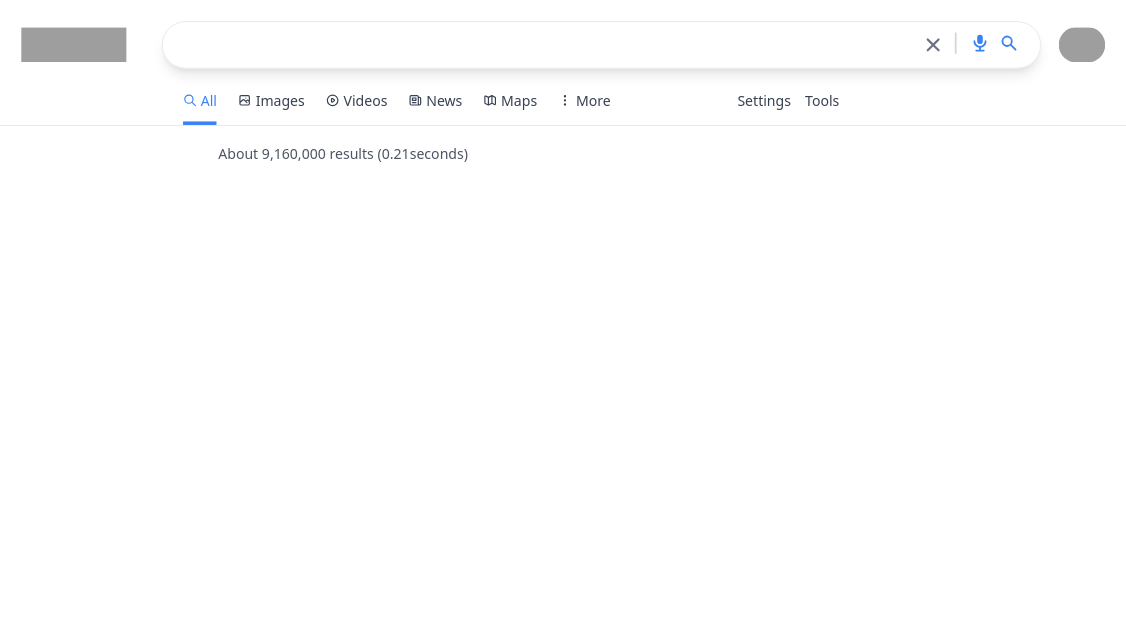
Repository: DecentraMindsCoin/google-search-clone
Page: /search
These files come from the project's save history. The page is drawn as it stood at one moment and after a run of saves; the edit follows.
The browser window is 1280 px wide. The pictures show the whole page, at 88% of full size.
Pictures or frames that could not be fetched are drawn as grey boxes. The project was rebuilt for these pictures with package versions that can differ from the ones it lists, and the page was loaded fresh each time. The framework's server and built-in components were replaced by stand-ins that run in the browser. Also part of the build but not shown: next.config.js, Response.js.

Above is the page before, as saved 2021-05-17 17:44:13.

### pages/search.js

import Head from 'next/head';
import Header from '../components/Header';
import { API_KEY, CONTEXT_KEY }  from '../keys';
import Response from "../Response";
import { useRouter } from "next/router";
import SearchResults from '../components/SearchResults';


function Search({ results }) {
    const router = useRouter();

        console.log(results);

    return (
        <div>
            <Head>
                <title>
                    {router.query.term} - Google Search
                </title>
                <link rel="icon" href=""/>
            </Head>
{/* Header */}

<Header />

{/* Search Results */}
<SearchResults results={results} />


        </div>
    )
}

export default Search;

export async function getServerSideProps(context) {

    const useDummyData = true;
    const startIndex = context.query.start || '0';

    const data = useDummyData ? Response : await fetch(`https://www.googleapis.com/customsearch/v1?key=${API_KEY}&cx=${CONTEXT_KEY}&q=${context.query.term}&start=${startIndex}`).then(response => response.json());

    // After the SERVER has rendered Pass the results to the client
    return {
        props: {
            results: data,
        }
        }
    }

### styles/globals.css
/* ./styles/globals.css */
@tailwind base;
@tailwind components;
@tailwind utilities;

@layer components {
  .btn {
    @apply bg-[#f8f9fa] p-3 rounded-md ring-gray-200 text-sm text-gray-800 hover:ring-1 focus:outline-none active:ring-gray-300 hover:shadow-md;
  }
.link {
  @apply hover:underline cursor-pointer;

  }
}

/* import from tailwind.css and delete preset css */
/* add with @apply to hover link as a modifier and cursor pointer */
/* add button btn custom gray and hover for btn className from feeling luck and Google search text */

### components/Header.js
import Image from 'next/image';
import { useRouter } from 'next/router';
import {useRef} from "react"
import { MicrophoneIcon, XIcon, SearchIcon } from '@heroicons/react/solid';
import Avatar from './Avatar';
import HeaderOptions from './HeaderOptions';


function Header() {
    const router = useRouter();
    const searchInputRef = useRef(null);

    const search = e => {
        e.preventDefault();
        const term = searchInputRef.current.value;


        if (!term) return;

        router.push(`./search?term=${term}`);
    }

    return (
        <header className="sticky top-0 bg-white">
            <div className="flex w-full p-6 items-center">
                <Image
            src='https://www.purepng.com/public/uploads/large/purepng.com-google-logo-2015brandlogobrand-logoiconssymbolslogosgoogle-6815229372333mqrr.png'
            height={40}
            width={120}
            onClick={() => router.push("/")}
            className="cursor-pointer" />
            <form className='px-6 py-3 ml-10 mr-5 flex-grow flex border border-gray-200 rounded-full shadow-lg '>
                <input ref={searchInputRef} type='text' className='flex-grow w-full focus:outline-none' type='text' />
                <XIcon className='h-7 sm:mr-3 text-gray-500 cursor-pointer transition duration-100 transform hover:scale-125'
                onClick={() =>(searchInputRef.current.value = "")}/>
                <MicrophoneIcon className='mr-3 h-6 hidden sm:inline-flex text-blue-500 border-l-2 pl-4 border-gray-300' />
                <SearchIcon className='h-6 text-blue-500 hidden sm:inline-flex'/>
                <button hidden type="submit" onClick={search}>Search</button>
            </form>
            <Avatar className='ml-auto 'url='https://coaching.papareact.com/ai9'/>
            </div>

            {/* Header Options Component */}
            <HeaderOptions />

        </header>
    )
}

export default Header

### keys.js
// Api kWZrnVM42QCiEA2Ig1bG8zjoIMOgxWwYCEeNdwY6Tv
export const API_KEY = 'AIzaSyA7YUDNBCQATijP9l34hGIXqMewhriENoQ'
// Context Key - https://cse.google.com/create/new
export const CONTEXT_KEY = '755fce7d6fc28a46b'

### components/SearchResults.js
function SearchResults({ results}) {
    return (
        <div className="mx-auto w-full px-3 sm:pl-[5%] md:pl[%14] lg:pl-52">
            <p className="text-gray-600 text-md ml-10 mb-5 mt-5">About {results.searchInformation?.formattedTotalResults} results ({results.searchInformation?.formattedSearchTime}seconds) </p>
       {results.items?.map((result) => (
           <div key={result.link} className="max-w-xl mb-8">
               <div></div>
               <p></p>
           </div>

       ))}
        </div>
    )
}

export default SearchResults

### components/Avatar.js
function Avatar({url, className }) {
    return (<img loading="lazy"
    className={`h-10 rounded-full cursor-pointer transition duration-150 transform hover:scale-110 ${className}`}
    src={url} alt="Profile Pic" />
    );
}

export default Avatar

### components/HeaderOptions.js
import HeaderOption from "./HeaderOption";
import {

    DotsVerticalIcon, MapIcon, NewspaperIcon, PhotographIcon, PlayIcon, SearchIcon,
} from "@heroicons/react/outline"


function HeaderOptions() {
    return (
        <div className="flex w-full text-gray-700 justify-evenly text-sm lg:text-base lg:justify-start lg:space-x-36 lg:pl-52 border-b">
            {/* left */}
           <div className="flex space-x-6">
               <HeaderOption Icon={SearchIcon}  title="All" selected/>
               <HeaderOption Icon={PhotographIcon} title="Images" />
               <HeaderOption Icon={PlayIcon} title="Videos" />
               <HeaderOption Icon={NewspaperIcon} title="News" />
               <HeaderOption Icon={MapIcon} title="Maps" />
               <HeaderOption Icon={DotsVerticalIcon} title="More" />

           </div>
                {/* right */}
            <div className="flex space-x-4">
                <p className="link">Settings</p>
                <p className="link">Tools</p>
            </div>
        </div>
    )
}

export default HeaderOptions

### components/HeaderOption.js
function HeaderOption({ Icon, title, selected}) {
    return (
        <div className={`flex items-center space-x-1 border-b-4 border-transparent hover:text-blue-500 hover:border-blue-500 pb-3 cursor-pointer ${selected && "text-blue-500 border-blue-500"}`}>
            <Icon className="h-4" />
            <p className="hidden sm:inline-flex">{title}</p>
        </div>
    )
}

export default HeaderOption

### tailwind.config.js
module.exports = {
  mode:'jit',
  purge: ['./pages/**/*.{js,ts,jsx,tsx}', './components/**/*.{js,ts,jsx,tsx}'],
  darkMode: false, // or 'media' or 'class'
  theme: {
    extend: {},
  },
  variants: {
    extend: {},
  },
  plugins: [],
}


//insert purge and mode: jit from tailwind.css

Loaded but not shown: pages/_app.js (common file)

After the next 2 saves:
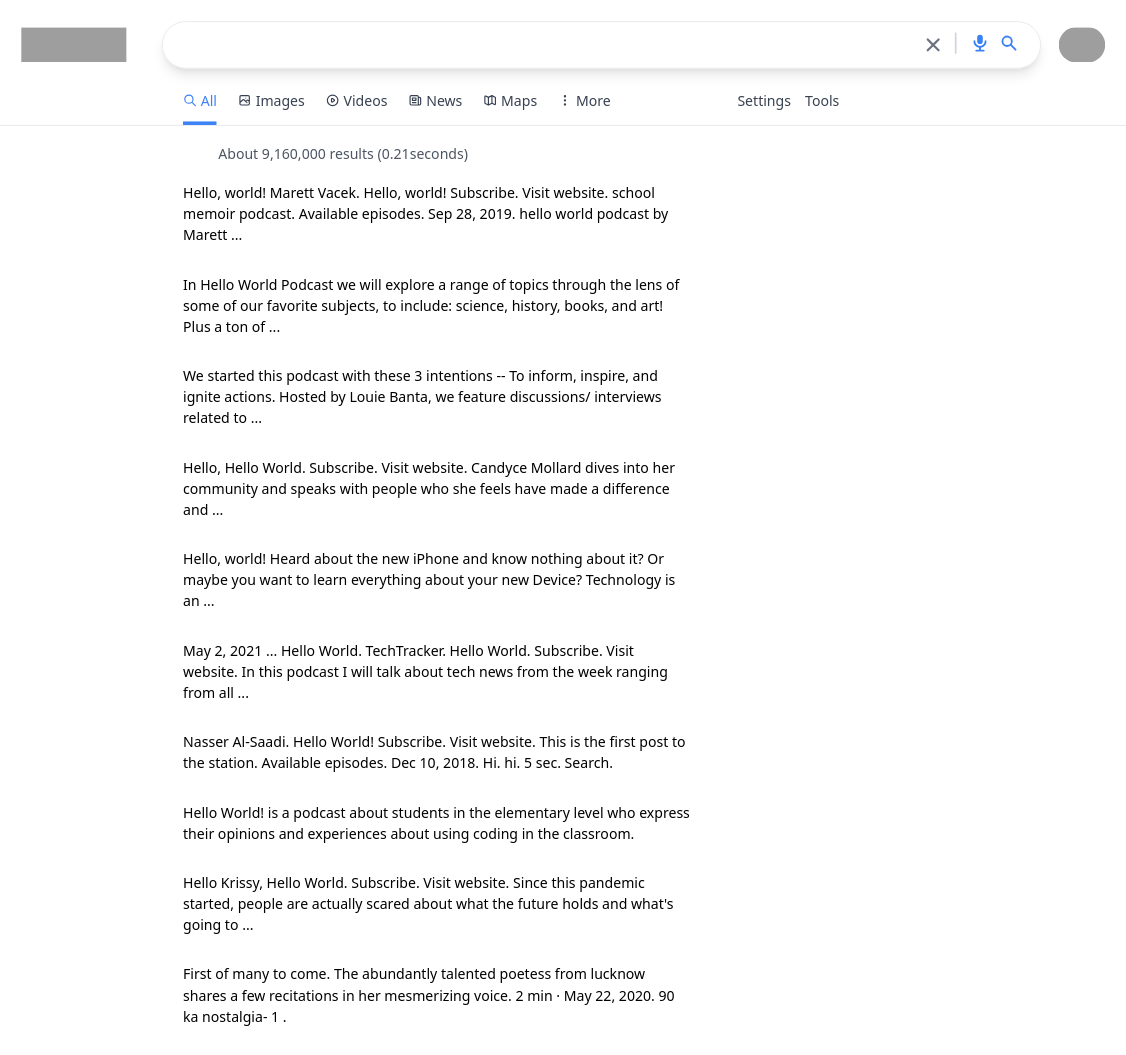
The 2 saves are shown as one change because 1 did not build or start.
The last was saved 43 s later.
--- a/components/SearchResults.js
+++ b/components/SearchResults.js
@@ -5,7 +5,7 @@
        {results.items?.map((result) => (
            <div key={result.link} className="max-w-xl mb-8">
                <div></div>
-               <p></p>
+               <p>{result.snippet}</p>
            </div>
 
        ))}
